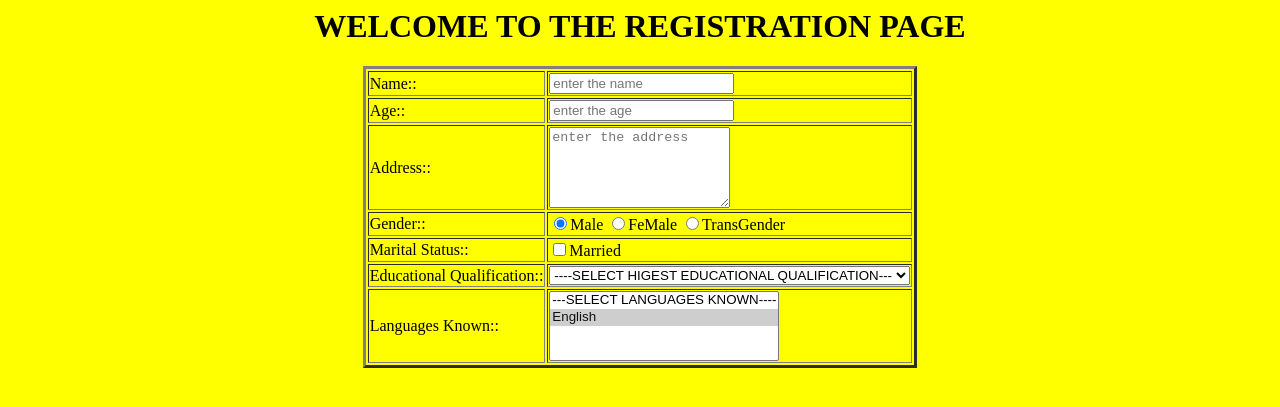
Repository: shivaramkrishna53/SERVLET_PROJECTS
Page: proj12-WorkingWithDifferentFormComponents-RegistrationApp/WebContent/input.html
These files come from the project's save history. The page is drawn as it stood at one moment and after the next save; the edit follows.
The browser window is 1280 px wide. The pictures show the whole page.

Above is the page before, as saved 2021-01-12 14:39:58.

### proj12-WorkingWithDifferentFormComponents-RegistrationApp/WebContent/input.html
<html>
<head>
<title>Registration</title>
</head>
<body bgcolor="yellow">
<center>
<h1 >WELCOME TO THE REGISTRATION PAGE</h1>
<form action="registrationurl" method="post">
<table border="3">
<tr>
<td>Name::</td>
<td>
<input type="text" name="pname" placeholder="enter the name"/>
</td>
</tr>
<tr>
<td>Age::</td>
<td>
<input type="number" name="page" placeholder="enter the age"/>
</td>
</tr>
<tr>
<td>Address::</td>
<td>
<textarea rows="5" cols="20" placeholder="enter the address" name="address"></textarea>
</td>
</tr>
<tr>
<td>Gender::</td>
<td>
<input type="radio" name="gender" value="M" checked>Male
<input type="radio" name="gender" value="F">FeMale
<input type="radio" name="gender" value="T">TransGender
</td>
</tr>
<tr>
<td>Marital Status::</td>
<td>
<input type="checkbox" value="Married">Married
</td>
</tr>
<tr>
<td>
Educational Qualification::
</td>
<td>
<select name="education">
<option>----SELECT HIGEST EDUCATIONAL QUALIFICATION---</option>
<option value="btech">B.TECH</option>
<option value="mbbs">MBBS</option>
<option value="bcom">B.COM</option>
<option value="bpharmacy">B.PHARMACY</option>
</select>
</td>
</tr>
<tr>
<td>Languages Known::</td>
<td>
<select name="languages" multiple="5">
<option>---SELECT LANGUAGES KNOWN----</option>
<option value="english" selected>English</option>
<option
</select>
</td>
</tr>
</table>
</form>
</center>
</body>
</html>

After the next save:
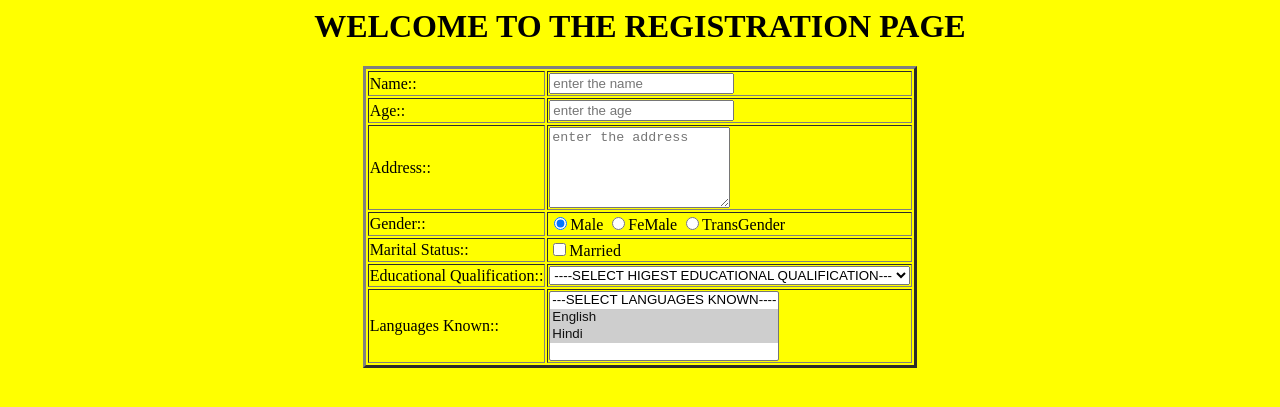
Saved 2 min 6 s later.
--- a/proj12-WorkingWithDifferentFormComponents-RegistrationApp/WebContent/input.html
+++ b/proj12-WorkingWithDifferentFormComponents-RegistrationApp/WebContent/input.html
@@ -59,7 +59,7 @@ Educational Qualification::
 <select name="languages" multiple="5">
 <option>---SELECT LANGUAGES KNOWN----</option>
 <option value="english" selected>English</option>
-<option
+<option value="hindi" selected>Hindi</option>
 </select>
 </td>
 </tr>
